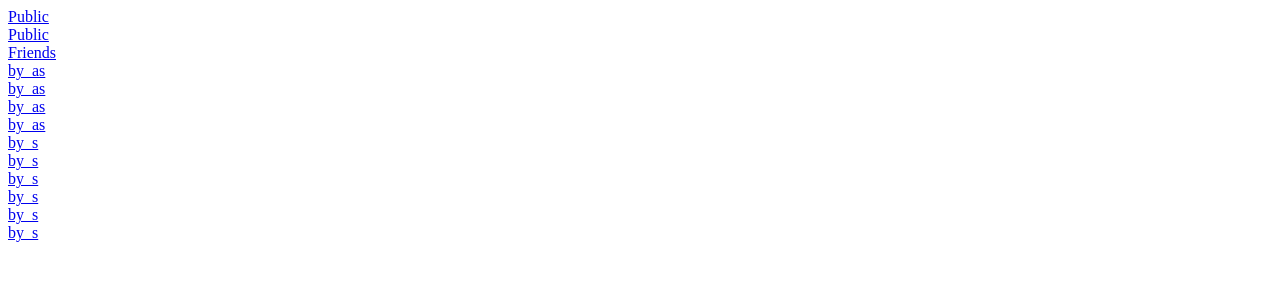
Repository: KHANas02/live-stream
Page: blog.html
These files come from the project's save history. The page is drawn as it stood at one moment and after the next save; the edit follows.
The browser window is 1280 px wide. The page is 1288 px wide, so the pictures cover 1288 px, including what lies to the right of the window. The pictures show the whole page.

Above is the page before, as saved 2024-03-25 08:29:04.

After the next save:
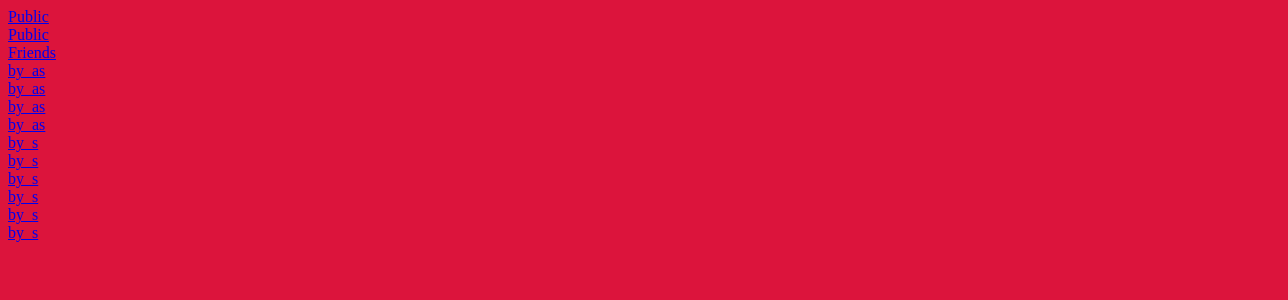
Saved 11 s later.
--- a/blog.html
+++ b/blog.html
@@ -12,7 +12,7 @@
         width:100%;
         /* background-image: url(https://i.pinimg.com/236x/05/e4/c2/05e4c271ef0f55e9e5918d2ca3c4194e.jpg);
     background-repeat: no-repeat;    */
-background-color: ;
+background-color: crimson;
 
 }
     </style>
